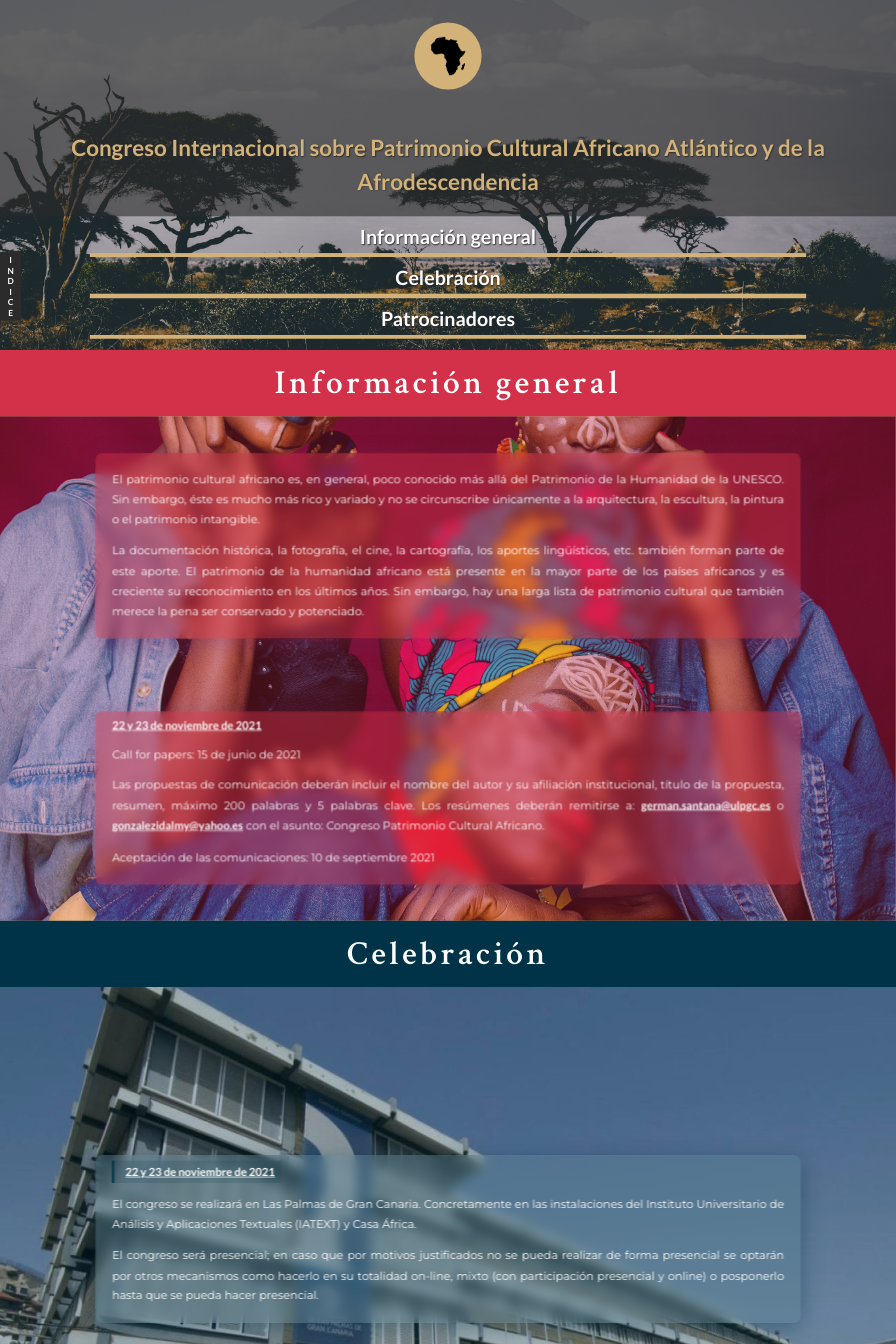
Repository: Letram/congresoafrica
Page: index.html
The author's editor kept a copy of each file at every save. The page is drawn from the files as they stood at one save, then again after the next save.
The browser window is 1280 px wide. The pictures show the part of the page from y = 0 to 1920 px (the page is 2945 px tall), at 70% of full size.
Backgrounds fixed to the window are drawn as part of the page. Some web libraries are served in a nearby version. The style sheet was rebuilt from its Sass, Less or Tailwind sources for each picture, by a compiler version that may differ from the author's.

Above is the page before, as saved 2021-04-30 13:03:54.

### index.html
<!DOCTYPE html>
<html lang="en">
  <head>
    <meta charset="UTF-8" />
    <meta name="viewport" content="width=device-width, initial-scale=1.0" />
    <title>
      CONGRESO INTERNACIONAL SOBRE PATRIMONIO CULTURAL AFRICANO ATLÁNTICO Y DE
      LA AFRODESCENDENCIA
    </title>
    <link rel="stylesheet" href="styles/simple-grid.min.css" />
    <link rel="stylesheet" href="styles/styles.css" />
    <link
      rel="shortcut icon"
      href="resources/pictures/favicon.png"
      type="image/x-icon"
    />
  </head>
  <body>
    <header id="header">
      <section class="head">
        <div class="logo">
          <img src="resources\pictures\africa-icon-9.jpg" alt="" />
        </div>
        <h2 class="title">
          Congreso Internacional sobre Patrimonio Cultural Africano Atlántico y
          de la Afrodescendencia
        </h2>
      </section>
      <nav class="navigation">
        <a href="#s1"><p>Información general</p></a>
        <a href="#s2"><p>Celebración</p></a>
        <a href="#s3"><p>Patrocinadores</p></a>
      </nav>
    </header>
    <article>
      <h1 id="s1" class="title t1">Información general</h1>
      <section class="section sec-1">
        <div class="card">
          <div class="content">
            <p>
              El patrimonio cultural africano es, en general, poco conocido más
              allá del Patrimonio de la Humanidad de la UNESCO. Sin embargo,
              éste es mucho más rico y variado y no se circunscribe únicamente a
              la arquitectura, la escultura, la pintura o el patrimonio
              intangible.
            </p>
            <p>
              La documentación histórica, la fotografía, el cine, la
              cartografía, los aportes lingüísticos, etc. también forman parte
              de este aporte. El patrimonio de la humanidad africano está
              presente en la mayor parte de los países africanos y es creciente
              su reconocimiento en los últimos años. Sin embargo, hay una larga
              lista de patrimonio cultural que también merece la pena ser
              conservado y potenciado.
            </p>
          </div>
        </div>
        <div class="card">
          <div class="content">
            <span class="fecha">22 y 23 de noviembre de 2021</span>
            <p>
              Call for papers: 15 de junio de 2021
            </p>
            <p>
              Las propuestas de comunicación deberán incluir el nombre del autor
              y su afiliación institucional, título de la propuesta, resumen,
              máximo 200 palabras y 5 palabras clave. Los resúmenes deberán
              remitirse a: <span>german.santana@ulpgc.es</span> o
              <span>gonzalezidalmy@yahoo.es</span> con el asunto: Congreso
              Patrimonio Cultural Africano.
            </p>
            <p>Aceptación de las comunicaciones: 10 de septiembre 2021</p>
          </div>
        </div>
      </section>
      <h1 id="s2" class="title t2">Celebración</h1>
      <section class="section sec-2">
        <div class="card">
          <div class="content">
            <span class="fecha">22 y 23 de noviembre de 2021</span>
            <p>
              El congreso se realizará en Las Palmas de Gran Canaria.
              Concretamente en las instalaciones del Instituto Universitario de
              Análisis y Aplicaciones Textuales (IATEXT) y Casa África.
            </p>
            <p>
              El congreso será presencial; en caso que por motivos justificados
              no se pueda realizar de forma presencial se optarán por otros
              mecanismos como hacerlo en su totalidad on-line, mixto (con
              participación presencial y online) o posponerlo hasta que se pueda
              hacer presencial.
            </p>
          </div>
        </div>
      </section>
      <h1 id="s3" class="title t3">Patrocinadores y colaboradores</h1>
      <section class="section sec-3">
        <div class="card">
          <div class="content">
            <div class="foundation">
              <div class="founders">
                <div class="founder founder1">
                  <p>Fundación Caja Canarias</p>
                  <img
                    src="./resources/pictures/fundacion_cajacanarias_logo_round.png"
                    alt="logo fundación Caja Canarias"
                  />
                </div>
                <div class="founder founder2">
                  <p>Fundación La Caixa</p>
                  <img
                    src="./resources/pictures/fundacion_la_caixa_logo_round.png"
                    alt="logo fundación La Caixa"
                  />
                </div>
                <p class="text">
                  A través del proyecto "Localización y puesta en valor del
                  patrimonio africano en Canarias"
                </p>
              </div>
              <div class="founder">
                <p><i>(Colabora)</i> Casa Africa</p>
                <img
                  src="./resources/pictures/casa_africa_logo_round.png"
                  alt="logo Casa África"
                />
              </div>
              <div class="founder">
                <p>IATEXT</p>
                <img
                  src="./resources/pictures/submarcas_iatext_redes_copia-2.png"
                  alt="logo IATEXT"
                />
              </div>
            </div>
          </div>
        </div>
      </section>
    </article>

    <div class="index">
      <p id="indexToggle" onclick="toggleIndexes()" class="title">indice</p>
      <div id="indexes" class="indexes clipped">
        <a onclick="toggleIndexes()" href="#s1"><p>Información general</p></a>
        <a onclick="toggleIndexes()" href="#s2"><p>Celebración</p></a>
        <a onclick="toggleIndexes()" href="#s3"><p>Patrocinadores</p></a>
      </div>
    </div>

    <script
      src="https://cdnjs.cloudflare.com/ajax/libs/gsap/3.6.0/gsap.min.js"
      integrity="sha512-1dalHDkG9EtcOmCnoCjiwQ/HEB5SDNqw8d4G2MKoNwjiwMNeBAkudsBCmSlMnXdsH8Bm0mOd3tl/6nL5y0bMaQ=="
      crossorigin="anonymous"
    ></script>
    <script
      src="https://cdnjs.cloudflare.com/ajax/libs/gsap/3.6.0/EasePack.min.js"
      integrity="sha512-BtkmHcburTSPPhy5MastdmQoE2nLn+jCeZf73RXXd7dk6z6Z7FXIjVeVfBPHpnha0KYKSaNyBZLVvBNejz+5wg=="
      crossorigin="anonymous"
    ></script>
    <script
      src="https://cdnjs.cloudflare.com/ajax/libs/gsap/3.6.0/CSSRulePlugin.min.js"
      integrity="sha512-9F1xsW3TBG87UnyGcF1SrXph249h/eUKPRKJZVhXxW+OeDmCiBvU9/gLfOo5qEvGTjTxOr6YQrY4ImjL90IUyw=="
      crossorigin="anonymous"
    ></script>
    <script src="scripts/scripts.js"></script>
  </body>
</html>

### styles/simple-grid.min.css
@import url(https://fonts.googleapis.com/css?family=Lato:400,300,300italic,400italic,700,700italic);
body,
html {
  height: 100%;
  width: 100%;
  margin: 0;
  padding: 0;
  left: 0;
  top: 0;
  font-size: 100%;
}
.center,
.container {
  margin-left: auto;
  margin-right: auto;
}
* {
  font-family: Lato, Helvetica, sans-serif;
  color: #333447;
  line-height: 1.5;
}
h1 {
  font-size: 2.5rem;
}
h2 {
  font-size: 2rem;
}
h3 {
  font-size: 1.375rem;
}
h4 {
  font-size: 1.125rem;
}
h5 {
  font-size: 1rem;
}
h6 {
  font-size: 0.875rem;
}
p {
  font-size: 1.125rem;
  font-weight: 200;
  line-height: 1.8;
}
.font-light {
  font-weight: 300;
}
.font-regular {
  font-weight: 400;
}
.font-heavy {
  font-weight: 700;
}
.left {
  text-align: left;
}
.right {
  text-align: right;
}
.center {
  text-align: center;
}
.justify {
  text-align: justify;
}
.container {
  width: 90%;
}
.row {
  position: relative;
  width: 100%;
}
.row [class^="col"] {
  float: left;
  margin: 0.5rem 2%;
  min-height: 0.125rem;
}
.col-1,
.col-10,
.col-11,
.col-12,
.col-2,
.col-3,
.col-4,
.col-5,
.col-6,
.col-7,
.col-8,
.col-9 {
  width: 96%;
}
.col-1-sm {
  width: 4.33%;
}
.col-2-sm {
  width: 12.66%;
}
.col-3-sm {
  width: 21%;
}
.col-4-sm {
  width: 29.33%;
}
.col-5-sm {
  width: 37.66%;
}
.col-6-sm {
  width: 46%;
}
.col-7-sm {
  width: 54.33%;
}
.col-8-sm {
  width: 62.66%;
}
.col-9-sm {
  width: 71%;
}
.col-10-sm {
  width: 79.33%;
}
.col-11-sm {
  width: 87.66%;
}
.col-12-sm {
  width: 96%;
}
.row::after {
  content: "";
  display: table;
  clear: both;
}
.hidden-sm {
  display: none;
}
@media only screen and (min-width: 33.75em) {
  .container {
    width: 80%;
  }
}
@media only screen and (min-width: 45em) {
  .col-1 {
    width: 4.33%;
  }
  .col-2 {
    width: 12.66%;
  }
  .col-3 {
    width: 21%;
  }
  .col-4 {
    width: 29.33%;
  }
  .col-5 {
    width: 37.66%;
  }
  .col-6 {
    width: 46%;
  }
  .col-7 {
    width: 54.33%;
  }
  .col-8 {
    width: 62.66%;
  }
  .col-9 {
    width: 71%;
  }
  .col-10 {
    width: 79.33%;
  }
  .col-11 {
    width: 87.66%;
  }
  .col-12 {
    width: 96%;
  }
  .hidden-sm {
    display: block;
  }
}
@media only screen and (min-width: 60em) {
  .container {
    width: 75%;
    max-width: 60rem;
  }
}

### scripts/scripts.js
function toggleIndexes() {
  indexes = document.getElementById("indexes");
  indexes.classList.toggle("clipped");
}

### styles/styles.scss
$brown: rgb(210, 178, 120);
$orange: rgb(213, 108, 51);
$blue: #003348;
$blue-light: #5a8192;
$green: rgb(119, 146, 95);
$purple: rgb(119, 38, 94);
$pink: rgb(211, 49, 73);
$light: #b5d9bd;
$black: rgb(43, 43, 43);

@import url("https://fonts.googleapis.com/css2?family=Crimson+Text:wght@600");
@import url("https://fonts.googleapis.com/css2?family=Montserrat:wght@400;500");
* {
  all: default;
}
html {
  scroll-behavior: smooth;
}
body {
  background: #d2b278;
}

/* The sticky class is added to the navbar with JS when it reaches its scroll position */
.sticky {
  position: sticky;
  top: 0;
  z-index: 99;
}

header {
  background: url("../resources/pictures/pexels-oleg-magni-861339.jpg")
    rgba(43, 43, 43, 0.3);
  background-blend-mode: color;
  background-position: 0% 50%;
  background-size: cover;
  background-repeat: no-repeat;
  .head {
    display: flex;
    justify-content: center;
    align-items: center;
    .logo {
      position: relative;
      background-color: $brown;
      border-radius: 50%;
      display: flex;
      justify-content: center;
      align-items: center;
      width: 6rem;
      height: 6rem;
      margin: 2rem;
      img {
        width: 10rem;
        height: auto;
        object-fit: contain;
      }
    }
    .title {
      position: relative;
      color: $brown;
      text-shadow: 1px 1px 2px $black;
    }
    position: relative;
    &:before {
      content: "";
      position: absolute;
      top: 0;
      bottom: 0;
      left: 0;
      right: 0;
      background-color: rgba($color: $black, $alpha: 0.6);
    }
  }
  .navigation {
    display: flex;
    justify-content: space-between;
    align-items: center;
    width: 70%;
    margin: auto;
    padding-bottom: 1rem;
    a {
      position: relative;
      text-decoration: none;
      color: $brown;
      font-size: 2rem;
      overflow: hidden;
      &::before {
        content: "";
        width: 100%;
        height: 100%;
        position: absolute;
        bottom: 0;
        left: 0;
        right: 0;
        background: linear-gradient(
          $brown 12%,
          rgba($color: $brown, $alpha: 0.3) 12%
        );
        transform: translateY(90%);
        transition: all ease-in 0.15s;
      }
      &:hover {
        &::before {
          transform: translateY(0);
        }
      }
      p {
        margin: 0;
        padding: 0.25rem 4rem;
        text-decoration: none;
        color: white;
        font-size: 1.75rem;
        font-weight: bold;
        position: relative;
        transition: all ease-in 0.15s;
        text-shadow: 1px 1px 2px $black;
      }
    }
  }
}

article {
  display: flex;
  flex-direction: column;
  h1.title {
    width: 100%;
    margin: auto;
    padding: 2rem 0;
    text-align: center;
    background-color: $orange;
    color: white;
    font-family: "Crimson Text", serif;
    font-size: 3rem;
    line-height: normal;
    letter-spacing: 0.3rem;
    &.t1 {
      background-color: $pink;
    }
    &.t2 {
      background-color: $blue;
    }
    &.t3 {
      background-color: $brown;
    }
  }
}

.section {
  width: 100%;
  min-height: 100vh;
  background-attachment: fixed;
  background-position: center;
  background-repeat: no-repeat;
  position: relative;
  // display: flex;
  // justify-content: center;
  // align-items: center;
  display: grid;
  place-items: center;
  &.sec-1 {
    background-image: url("../resources/pictures/pexels-bestbe-models-2170387.jpg");
    background-size: cover;
    &::before {
      content: "";
      position: absolute;
      top: 0;
      bottom: 0;
      left: 0;
      right: 0;
      background: rgba($color: $pink, $alpha: 0.3);
      background-size: cover;
    }
    .card {
      background-color: rgba($color: $pink, $alpha: 0.45);
      box-shadow: 0 8px 32px 0 rgba($color: $purple, $alpha: 0.4);
      margin: 3rem 0;
      .content {
        color: white;
      }
    }
  }
  &.sec-2 {
    background-image: url("../resources/pictures/1568293830_982907_1568294091_noticia_normal_recorte1.jpg");
    background-size: cover;
    &::before {
      content: "";
      position: absolute;
      top: 0;
      bottom: 0;
      left: 0;
      right: 0;
      background: rgba($color: $blue, $alpha: 0.3);
      background-size: cover;
    }
    .card {
      background-color: rgba($color: $blue-light, $alpha: 0.45);
      box-shadow: 0 8px 32px 0 rgba($color: $blue, $alpha: 0.4);
      .content {
        color: white;
        .fecha {
          display: flex;
          align-items: center;
          width: fit-content;
          height: 2rem;
          color: white;
          background-color: rgba($color: #003348, $alpha: 0.15);
          padding: 0 0.5rem 0 0;
          &::before {
            content: "";
            height: inherit;
            border-right: 3px solid #003348;
            margin-right: 1rem;
          }
        }
      }
    }
  }
  &.sec-3 {
    background-image: url("../resources/pictures/pexels-cottonbro-6334763.jpg");
    background-size: cover;
    &::before {
      content: "";
      position: absolute;
      top: 0;
      bottom: 0;
      left: 0;
      right: 0;
      background: rgba($color: $orange, $alpha: 0.3);
      background-size: cover;
    }
    .card {
      background-color: rgba($color: $brown, $alpha: 0.45);
      box-shadow: 0 8px 32px 0 rgba($color: $orange, $alpha: 0.4);
      .content {
        color: white;
        .foundation {
          display: grid;
          grid-template-columns: 2fr 1fr 1fr;
          gap: 1rem;
          .founders {
            display: grid;
            gap: 1rem;
            grid-template-areas:
              "founder1 founder2"
              "text         text";

            .founder1 {
              grid-area: founder1;
            }
            .founder2 {
              grid-area: founder2;
            }
            .text {
              grid-area: text;
              font-size: 1rem;
              text-align: center;
              position: relative;
              &::before{
                content: "";
                position: absolute;
                top: -5%;
                width: 100%;
                border-top: 3px solid #d2b278;
              }
            }
            .founder1,
            .founder2 {
              p {
                text-align: center;
                font-size: 1rem;
              }
              img {
                display: block;
                object-fit: contain;
                width: 70%;
                height: auto;
                margin: 0 auto;
              }
            }
          }
          .founder {
            p {
              text-align: center;
              font-size: 1rem;
            }
            img {
              display: block;
              object-fit: contain;
              width: 70%;
              height: auto;
              margin: 0 auto;
              border-radius: 50%;
              background-color: white;
            }
          }
        }
      }
    }
  }
  .card {
    width: 60%;
    padding: 3rem 5rem;
    margin: 0 auto;
    background-color: rgba($color: white, $alpha: 0.4);
    background-clip: padding-box;
    backdrop-filter: blur(8px);
    border-radius: 10px;
    box-shadow: 0 8px 32px 0 rgba(31, 38, 135, 0.37);
    position: relative;
    .title {
      font-size: 3rem;
      position: relative;
      &:after {
        content: "";
        width: 100%;
        height: 0.35rem;
        background: $black;
        position: absolute;
        bottom: 0;
        left: 0;
      }
    }
    .content {
      p {
        font-size: 1.75rem;
        color: white;
        text-align: justify;
        font-family: "Montserrat", sans-serif;
        font-weight: 400;
      }
      span{
        color:white;
        font-weight: bold;
        text-decoration: underline;
      }
    }
  }
}
.index {
  position: fixed;
  top: 50%;
  left: 0;
  padding: 0;
  margin: 0;
  background: transparent;
  display: flex;
  //clip-path: circle(100% at 0 50%);
  //transition: clip-path ease-in 0.5s;
  .title {
    margin: 0;
    padding: 1rem;
    color: white;
    background: $black;
    text-transform: uppercase;
    writing-mode: vertical-rl;
    text-orientation: upright;
    cursor: pointer;
  }
  .indexes {
    border-left: 1px solid white;
    display: flex;
    flex-direction: column;
    justify-content: space-around;
    clip-path: circle(150% at 0 50%);
    background: $black;
    transition: all 0.5s ease-in-out;
    padding-left: 0.25rem;
    a {
      text-decoration: none;
      p {
        color: white;
        padding-right: 0.5rem;
        margin: 0;
        position: relative;
        overflow: hidden;
        &:after {
          content: "";
          width: 100%;
          height: 2px;
          background: white;
          position: absolute;
          bottom: 0;
          left: 0;
          transform: translateX(-100%);
          transition: all 0.25s ease-in;
        }
        &:hover {
          &:after {
            transform: translateX(0);
          }
        }
      }
    }
  }
}

.clipped {
  clip-path: circle(0% at 0 50%) !important;
}

@media (max-width: 1396px) {
  header {
    .head {
      flex-direction: column;
      .title {
        padding: 0 0.25rem !important;
        text-align: center;
      }
    }
    background-position: 0%;
    .navigation {
      width: 80%;
      flex-direction: column;
      a {
        width: 100%;
        p {
          text-align: center;
          padding: 0.25rem 0.25rem;
        }
      }
    }
  }
  article {
    .title {
      font-size: 1.5rem;
      padding: 1rem 0 !important;
    }
  }
  .section {
    .card {
      margin: 1rem auto !important;
      padding: 0.5rem 1.5rem !important;
      width: 75% !important;
      .content {
        p {
          font-size: 1rem !important;
          color: white;
        }
      }
    }
  }
  .index {
    .title {
      padding: 0.25rem;
      font-size: 0.75rem;
      font-weight: bold;
    }
    .indexes {
    }
  }
}

After the next save:
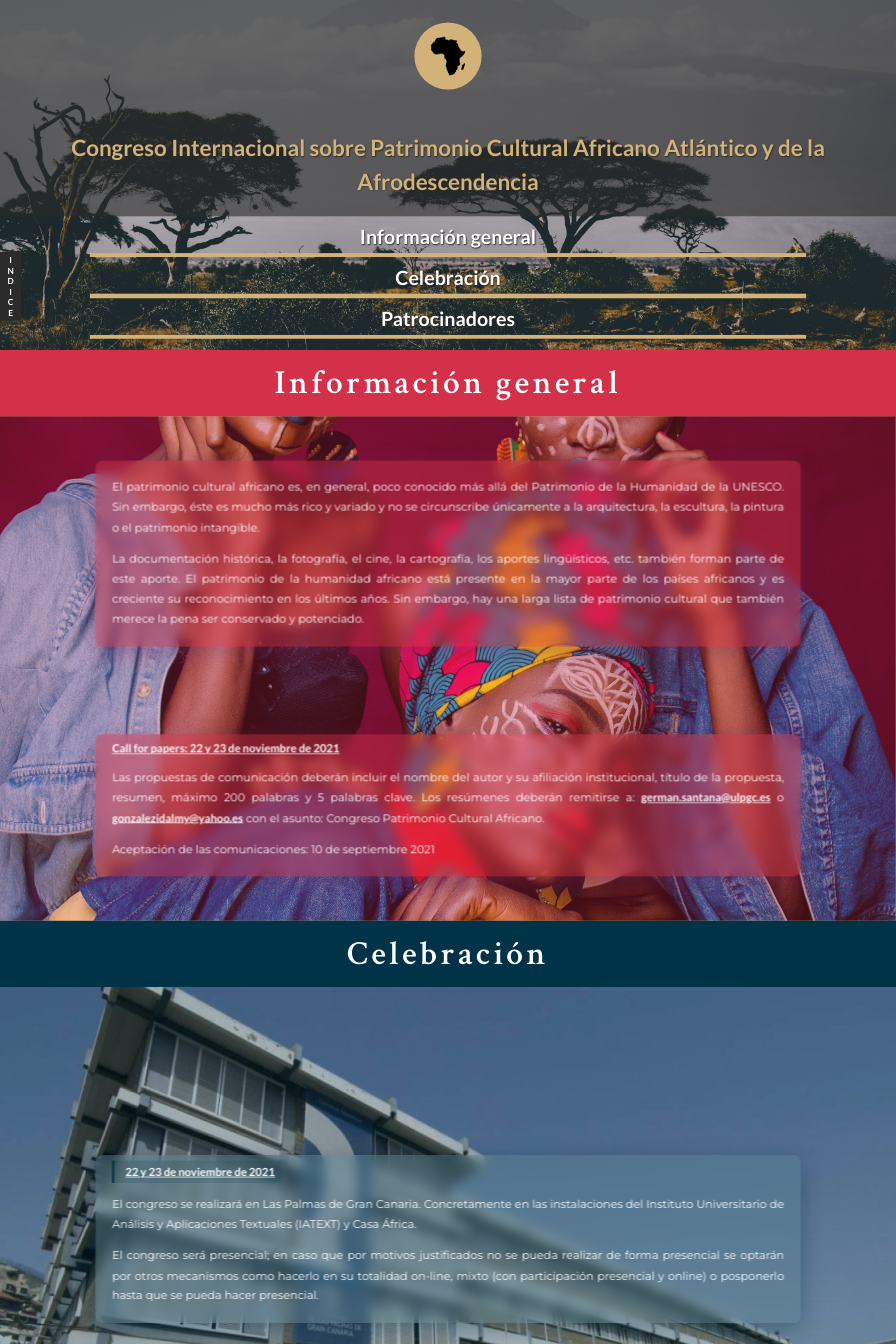
Saved 32 s later.
--- a/index.html
+++ b/index.html
@@ -57,10 +57,7 @@
         </div>
         <div class="card">
           <div class="content">
-            <span class="fecha">22 y 23 de noviembre de 2021</span>
-            <p>
-              Call for papers: 15 de junio de 2021
-            </p>
+            <span class="fecha">Call for papers: 22 y 23 de noviembre de 2021</span>
             <p>
               Las propuestas de comunicación deberán incluir el nombre del autor
               y su afiliación institucional, título de la propuesta, resumen,
